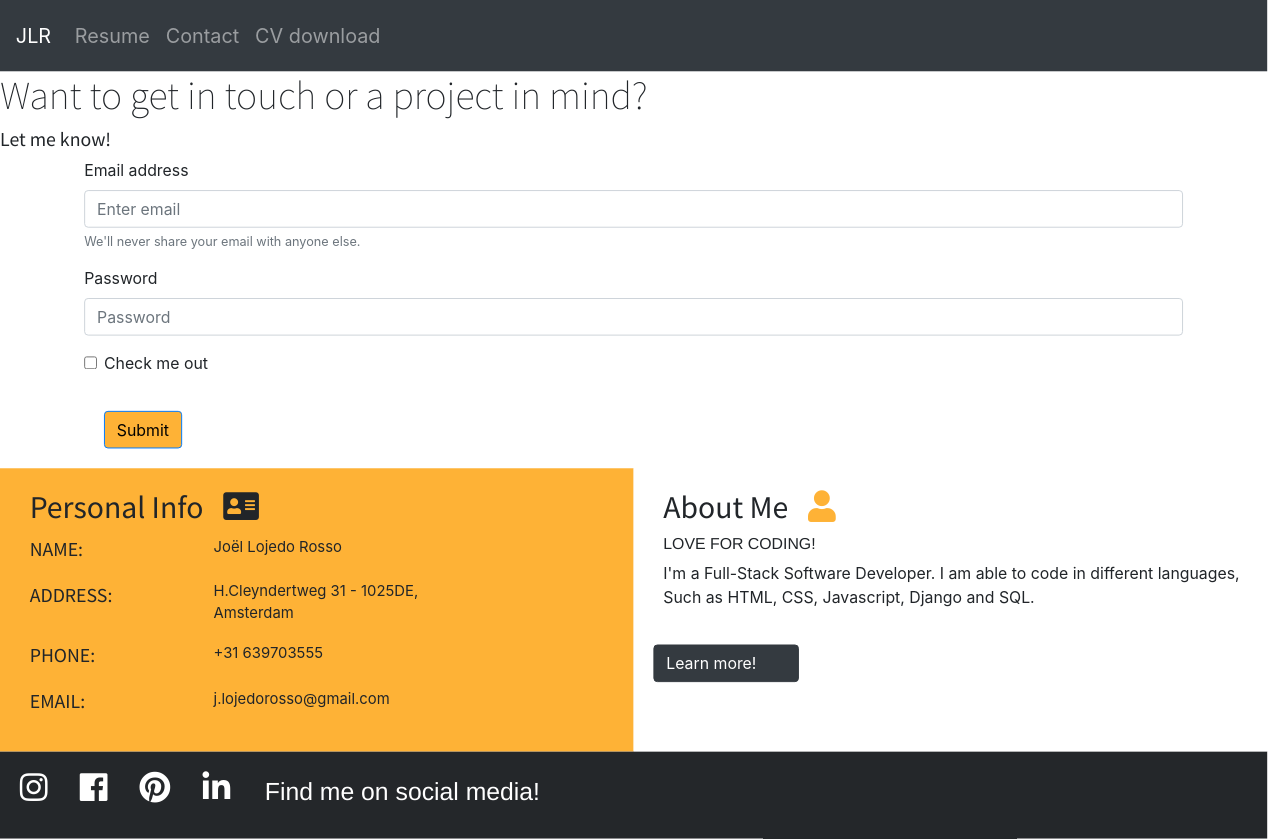
Repository: Kawaiisaki/Portfolio-site
Page: contact.html
The author's editor kept a record of every edit. The page is drawn from the files as they stood at one moment, then again after the next edit.
The browser window is 1280 px wide. The page is 1295 px wide, so the pictures cover 1295 px, including what lies to the right of the window. The pictures show the whole page, at 99% of full size.
Some web libraries are served in a nearby version.

Above is the page before.

After the next edit:
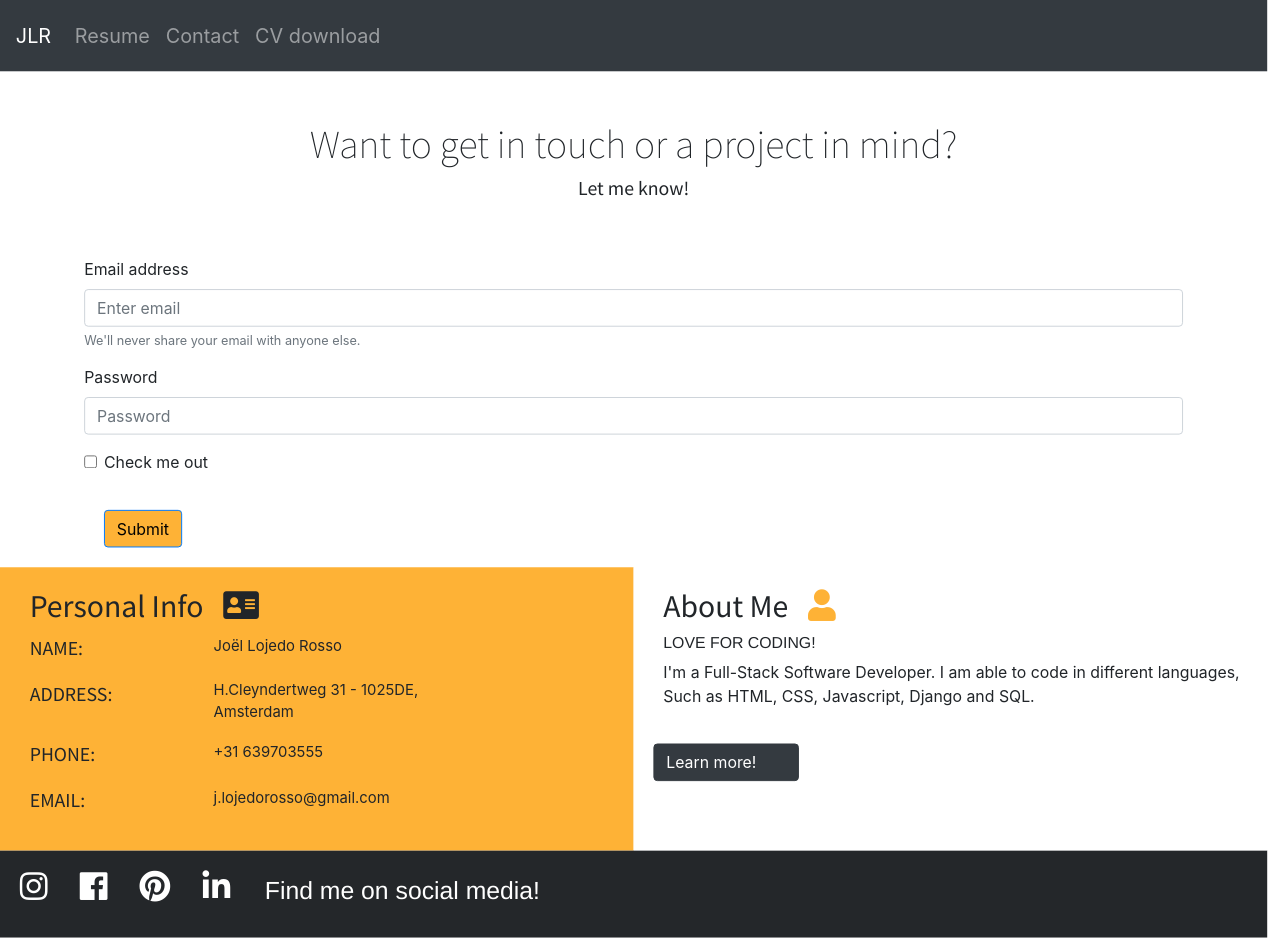
The edit:
--- a/contact.html
+++ b/contact.html
@@ -37,7 +37,7 @@
         </nav>
         <div class="container-fluid">
             <div class="row">
-                <div class="col">
+                <div class="col contact-heading text-center">
                     <h1 class="contact-title">Want to get in touch or a project in mind?</h1>
                     <h5 class="contact-me">Let me know!</h5>
                 </div>
